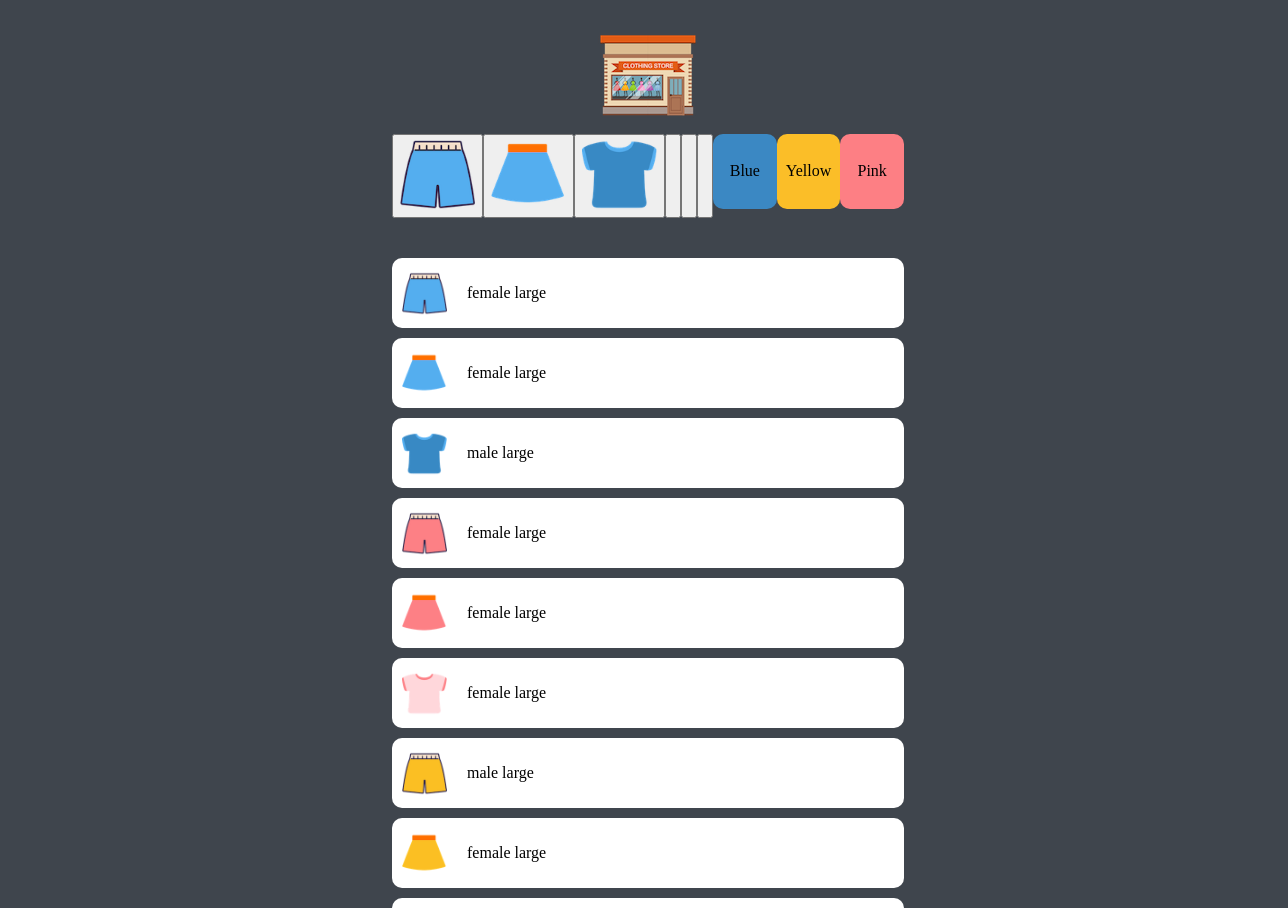
Repository: Jay-JYKim91/elle-shopping-mall
Page: index.html
The author's editor kept a copy of each file at every save. The page is drawn from the files as they stood at one save, then again after the next save.
The browser window is 1280 px wide. The page is 1288 px wide, so the pictures cover 1288 px, including what lies to the right of the window. The pictures show the whole page.
An inner scrolling area shows only its first screen.

Above is the page before, as saved 2021-07-26 20:15:53.

After the next save:
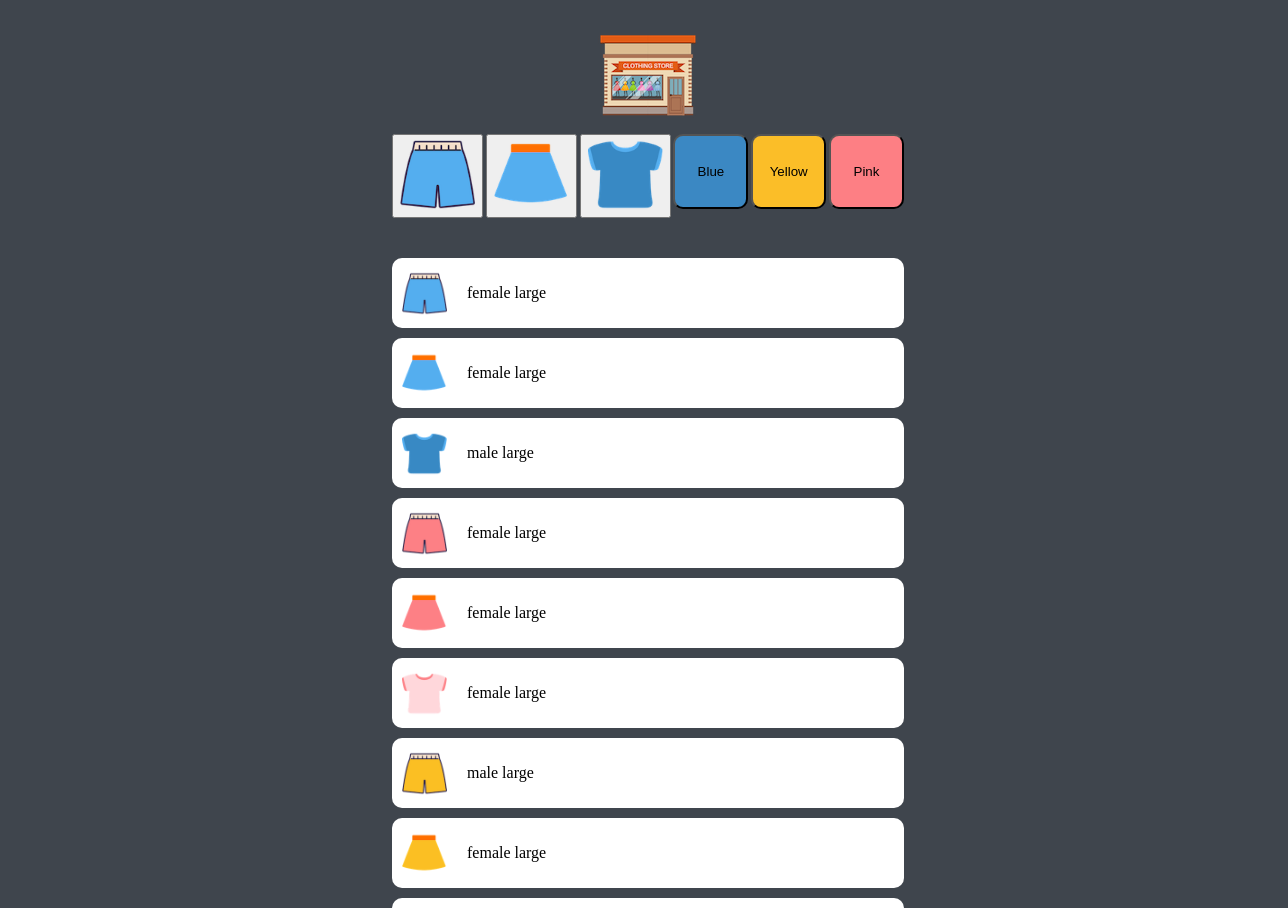
Saved 35 s later.
--- a/index.html
+++ b/index.html
@@ -21,20 +21,16 @@
         </button>
         <button class="btn">
           <img src="./img/blue_t.png" alt="blue t-shirt">
-
         </button>
-        <button class="btn">
-
+        <button class="btn color-box blue">
+          Blue
         </button>
-        <button class="btn">
-
+        <button class="btn color-box yellow">
+          Yellow
         </button>
-        <button class="btn">
-
+        <button class="btn color-box pink">
+          Pink
         </button>
-        <div class="color-box blue"><p>Blue</p></div>
-        <div class="color-box yellow"><p>Yellow</p></div>
-        <div class="color-box pink"><p>Pink</p></div>
       </div>
       <div class="lists">
         <ul>
